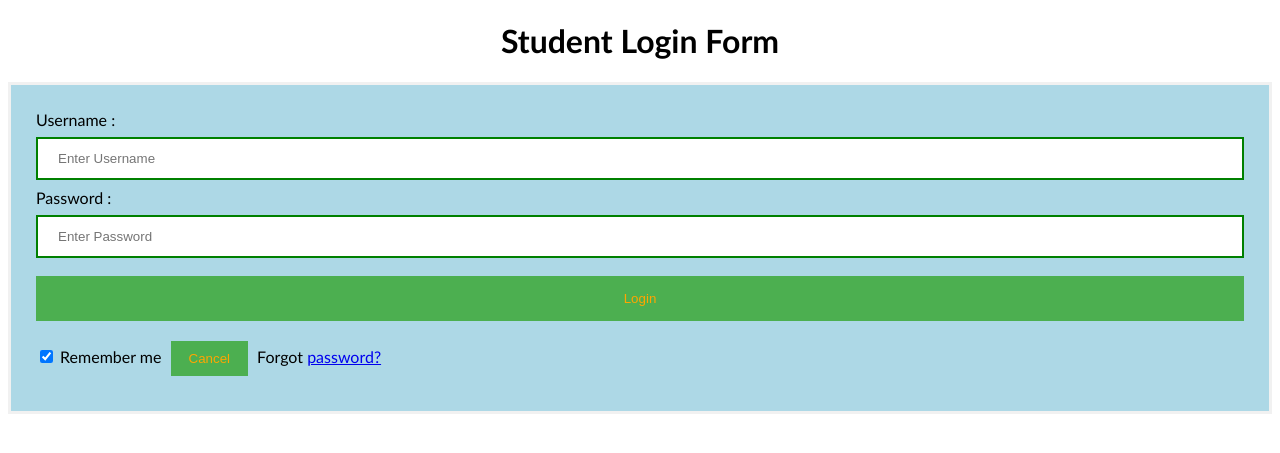
Repository: jiteshsingh1/jsp-servlet
Page: Helloworld/src/main/webapp/welcome.html
These files come from the project's save history. The page is drawn as it stood at one moment and after the next save; the edit follows.
The browser window is 1280 px wide. The pictures show the whole page.

Above is the page before, as saved 2022-04-11 04:55:29.

After the next save:
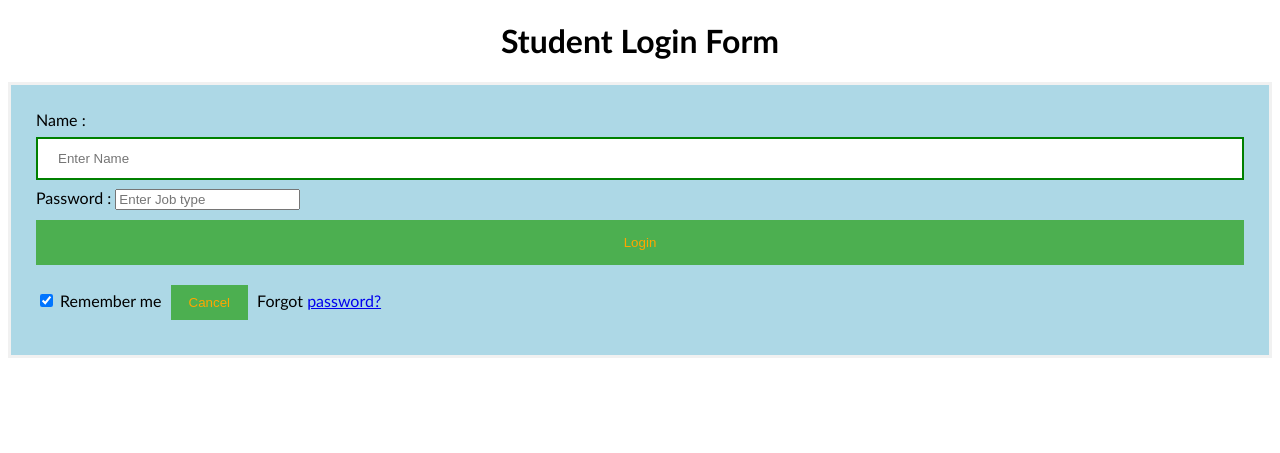
Saved 85 min 57 s later.
--- a/Helloworld/src/main/webapp/welcome.html
+++ b/Helloworld/src/main/webapp/welcome.html
@@ -2,7 +2,7 @@
 <html>
 <head>
 <meta name="viewport" content="width=device-width, initial-scale=1">
-<title> Login Page </title>
+<title> Register Page </title>
 <style>
 Body {
   font-family: Calibri, Helvetica, sans-serif;
@@ -48,10 +48,10 @@ button {
     <center> <h1> Student Login Form </h1> </center>
     <form >
         <div class="container">
-            <label>Username : </label>
-            <input type="text" placeholder="Enter Username" name="username" required>
+            <label>Name : </label>
+            <input type="text" placeholder="Enter Name" name="Name" required>
             <label>Password : </label>
-            <input type="password" placeholder="Enter Password" name="password" required>
+            <input type="Job Type" placeholder="Enter Job type" name="Job type" required>
             <button type="submit">Login</button>
             <input type="checkbox" checked="checked"> Remember me
             <button type="button" class="cancelbtn"> Cancel</button>
